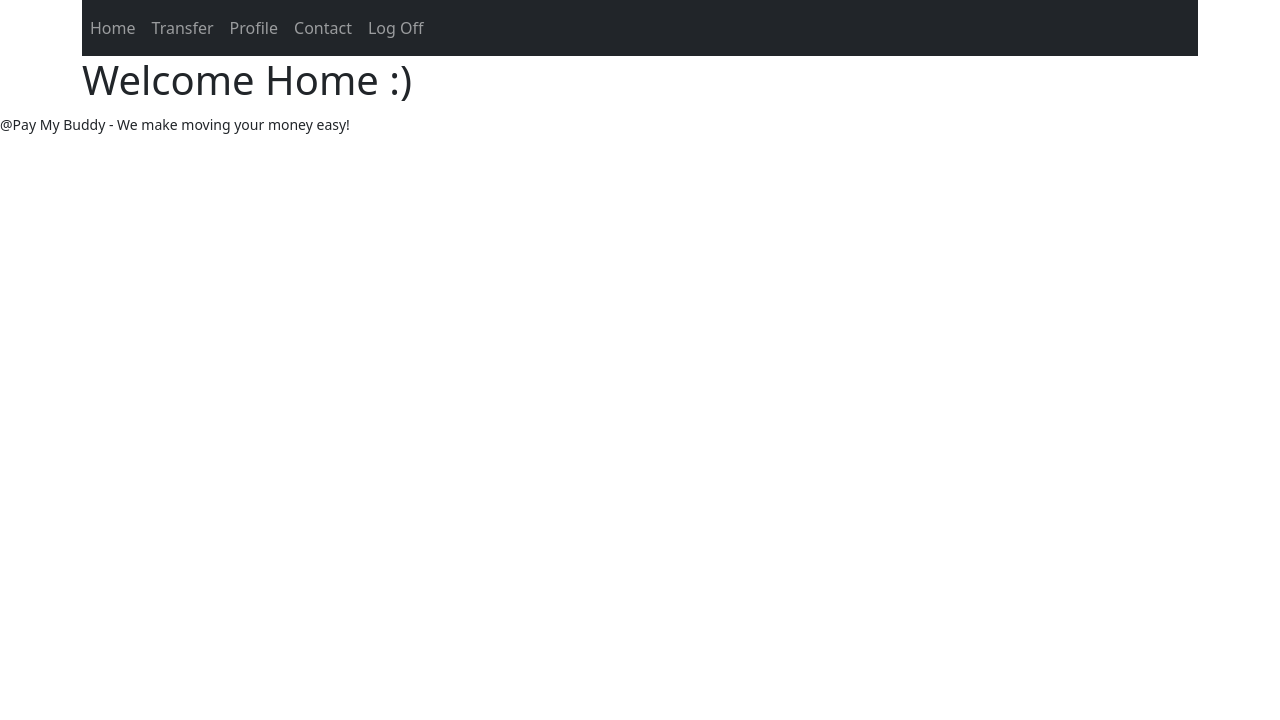
Repository: Am-BOUK/paymybuddy
Page: http://localhost/index
An editor plug-in stored every save of this project. The page is shown before and after the next save, followed by the edit.
The browser window is 1280 px wide. The pictures show the whole page.
The page is this project's Thymeleaf template; nobody is signed in. The template is opened directly, without the code that normally fills it, so the values that code supplies are empty.

Above is the page before, as saved 2021-12-15 19:00:55.

After the next save:
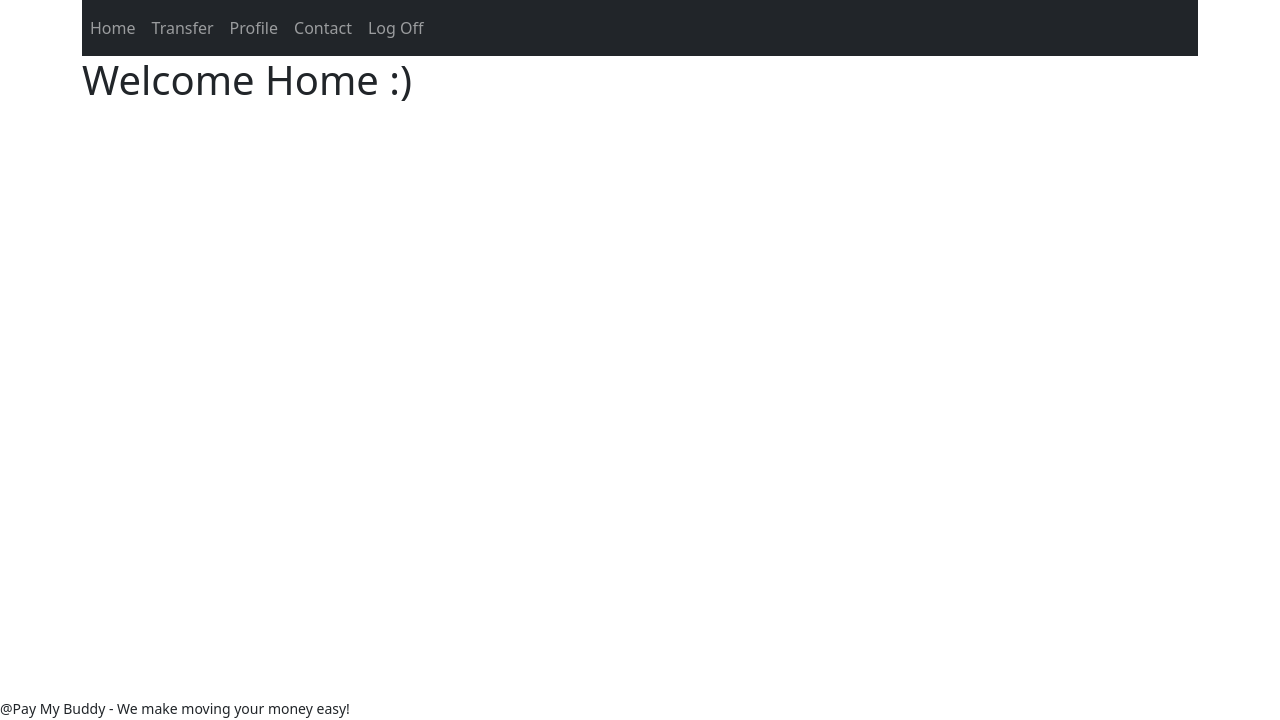
Saved 85 s later.
--- a/PayMyBuddy/src/main/resources/templates/index.html
+++ b/PayMyBuddy/src/main/resources/templates/index.html
@@ -35,7 +35,7 @@
 		</div>
 		<h1>Welcome Home :)</h1>
 	</div>
-	<footer class="navbar-fixed-bottom">
+	<footer class="fixed-bottom">
 		<small>@Pay My Buddy - We make moving your money easy!</small>
 	</footer>
 
